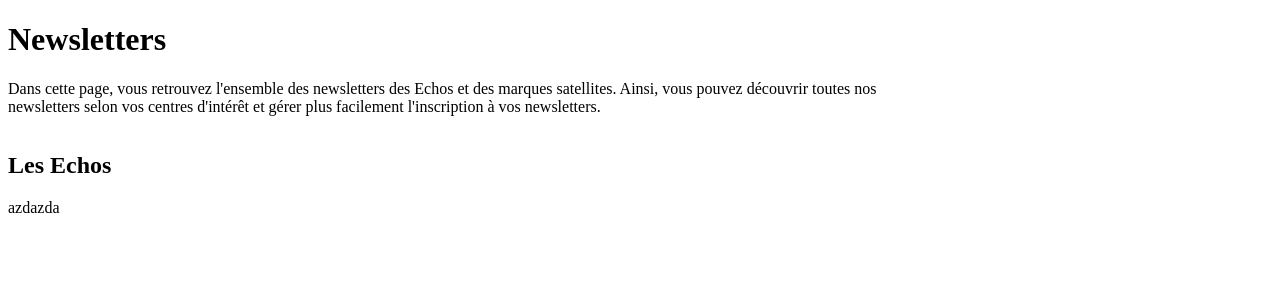
Repository: JeremyBeherec/technical-test-les-echos
Page: /
The author's editor kept a copy of each file at every save. The page is drawn from the files as they stood at one save, then again after the next save.
The browser window is 1280 px wide. The pictures show the whole page.
The project was rebuilt for these pictures with package versions that can differ from the ones it lists, and the page was loaded fresh each time. Also part of the build but not shown: vite.config.ts.

Above is the page before, as saved 2024-04-17 15:28:19.

### index.html
<!doctype html>
<html lang="en">
  <head>
    <meta charset="UTF-8" />
    <link rel="icon" href="/icon.png" />
    <meta name="viewport" content="width=device-width, initial-scale=1.0" />
    <title>Les Echos Newsletters</title>
  </head>
  <body>
    <div id="root"></div>
    <script type="module" src="/src/main.tsx"></script>
  </body>
</html>

### src/main.tsx
import React from 'react';
import ReactDOM from 'react-dom/client';
import 'tailwindcss/tailwind.css';

import { Router } from './Router.tsx';

ReactDOM.createRoot(document.getElementById('root')!).render(
  <React.StrictMode>
    <Router />
  </React.StrictMode>,
);

### src/Router.tsx
import { BrowserRouter, Routes, Route, Navigate } from 'react-router-dom';

import { Newsletters } from './components/pages/Newsletters';

export const Router = () => {
  return (
    <BrowserRouter>
      <Routes>
        {/** since there is no "home page" in this test, redirect the root path to the newsletters */}
        <Route path="/" element={<Navigate to="/newsletters" />} />
        <Route path="/newsletters" element={<Newsletters />} />
      </Routes>
    </BrowserRouter>
  );
}

### src/components/pages/Newsletters/index.ts
export * from './Newsletters';

### src/components/pages/Newsletters/Newsletters.tsx
import { Header } from './Header';
import './Newsletters.css';

export const Newsletters = () => {
  return (
    <div className="flex justify-center">
      <div className="flex flex-col gap-4 container border border-blue-700 p-4" style={{height: 500}}>
        <Header />

        <section className="flex flex-col">
          <h2 className="text-2xl font-bold uppercase text-with-border">Les Echos</h2>

          <div>azdazda</div>
        </section>
      </div>
    </div>
  );
}

### src/components/pages/Newsletters/Newsletters.css
.container {
  width: 70%;
}

.text-with-border {
  display: inline-block;
  position: relative;
}

.text-with-border * {
  display: inline-block;
  position: relative;
  height: 150%;
}

.text-with-border *::after {
  content: ""; /* Required for pseudo-elements */
  position: absolute; /* Position the pseudo-element relative to its container */
  bottom: 0; /* Position the pseudo-element at the bottom of the paragraph */
  left: 0; /* Align the pseudo-element with the start of the paragraph */
  width: 50%; /* Adjust the width of the border as needed */
  background-color: #b00005; /* Adjust the color of the border as needed */
  height: 4px;
  border-radius: 4px;
}

.title::after {
  content: "";
  background-color: red;
  width: 100%;
  height: 14;
  position: 'absolute';
  left: 0;
}

### src/components/pages/Newsletters/Header/Header.tsx
export const Header = () => {
  return (
    <header className="bg-gray-100 text-center py-6 px-4 rounded-lg">
      <h1 className="text-3xl font-bold uppercase mb-4">Newsletters</h1>

      <p>Dans cette page, vous retrouvez l'ensemble des newsletters des Echos et des marques satellites. Ainsi, vous pouvez découvrir toutes nos newsletters selon vos centres d'intérêt et gérer plus facilement l'inscription à vos newsletters.</p>
    </header>
  );
}

Loaded but not shown: src/components/pages/Newsletters/Header/index.ts (common file)

After the next save:
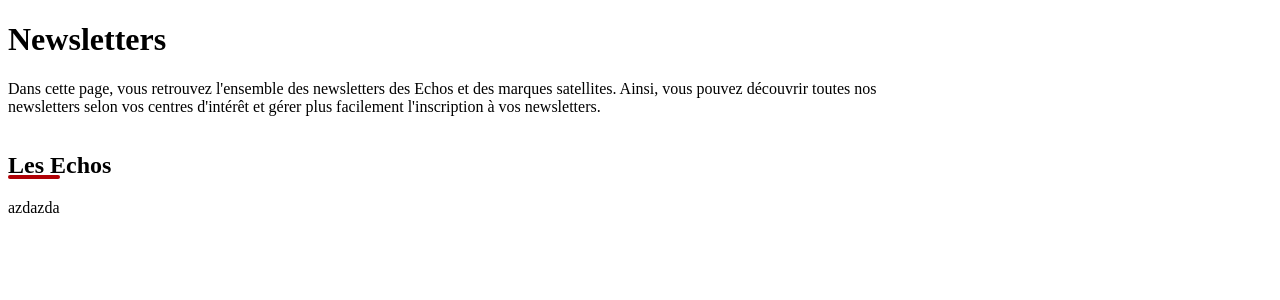
Saved 3 s later.
--- a/src/components/pages/Newsletters/Newsletters.tsx
+++ b/src/components/pages/Newsletters/Newsletters.tsx
@@ -8,7 +8,9 @@
         <Header />
 
         <section className="flex flex-col">
-          <h2 className="text-2xl font-bold uppercase text-with-border">Les Echos</h2>
+          <div className="text-with-border">
+            <h2 className="text-2xl font-bold uppercase">Les Echos</h2>
+          </div>
 
           <div>azdazda</div>
         </section>

After the save that followed:
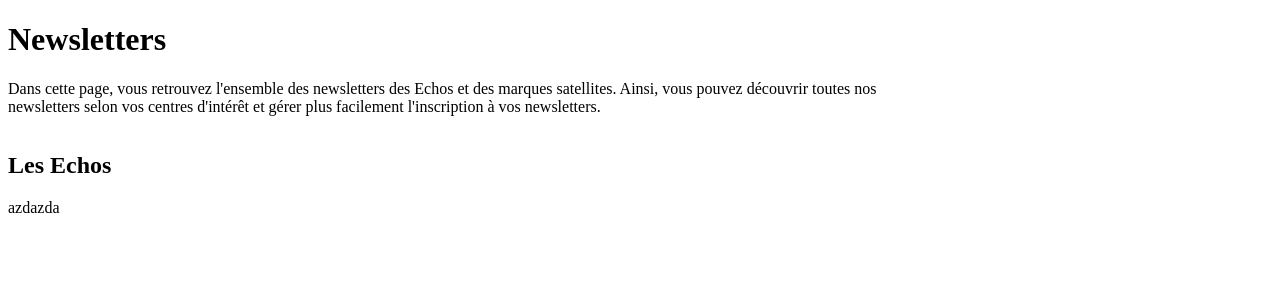
Saved 17 s later.
--- a/src/components/pages/Newsletters/Newsletters.tsx
+++ b/src/components/pages/Newsletters/Newsletters.tsx
@@ -8,9 +8,7 @@
         <Header />
 
         <section className="flex flex-col">
-          <div className="text-with-border">
-            <h2 className="text-2xl font-bold uppercase">Les Echos</h2>
-          </div>
+          <h2 className="text-2xl font-bold uppercase text-with-border">Les Echos</h2>
 
           <div>azdazda</div>
         </section>
